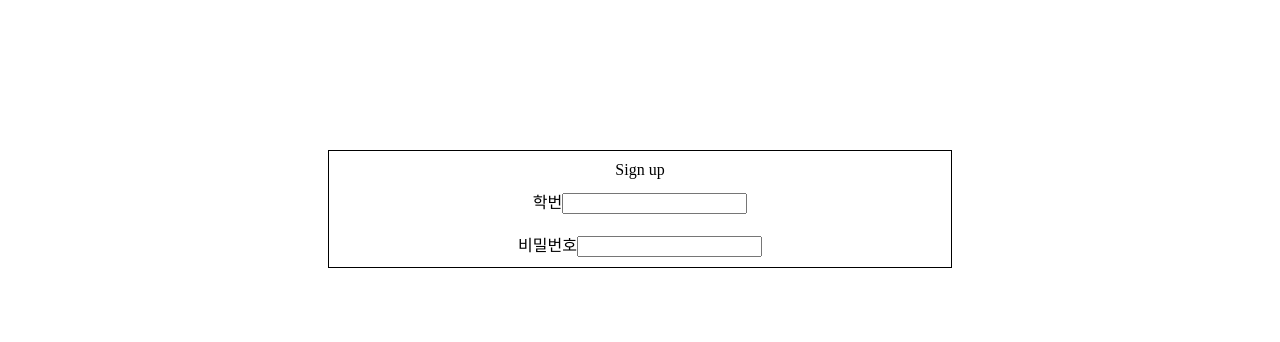
Repository: smandkd/Multicampus_Frontend
Page: http://localhost/Mulcam_Project/jsp/signup.jsp
These files come from the project's save history. The page is drawn as it stood at one moment and after the next save; the edit follows.
The browser window is 1280 px wide. The pictures show the whole page.
The page is served by Tomcat 9.

Above is the page before, as saved 2022-01-30 02:06:27.

### Mulcam_Project/jsp/signup.jsp
<%@ page contentType="text/html; charset=utf-8"
    pageEncoding="EUC-KR"%>
<!DOCTYPE html>
<html>
<head>
<meta name="viewport" content="width=device-width, initial-scale=1.0">
<style type="text/css">
.a {
	text-align:center;
	margin-right:320px;
	margin-left:320px;
	margin-top:150px;
	padding-top:10px;
	border:1px solid;
}
.b {
	margin-top:10px;
}
.c {
	margin-bottom:10px;
}
</style>
</head>
<body>

<div class="a">
	Sign up
	<div>
		<div class="b">
		학번<input type="text"/>
		</div>
		<br/>
		<div class="c">
		비밀번호<input type="text"/>
		</div>
	</div>
</div>
</body>
</html>

After the next save:
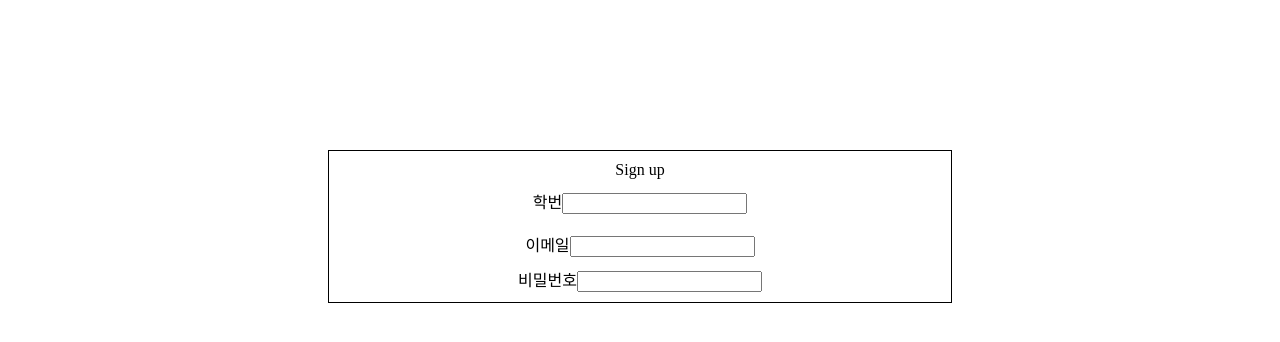
Saved 48 s later.
--- a/Mulcam_Project/jsp/signup.jsp
+++ b/Mulcam_Project/jsp/signup.jsp
@@ -31,6 +31,9 @@
 		</div>
 		<br/>
 		<div class="c">
+		이메일<input type="text"/>
+		</div>
+		<div class="c">
 		비밀번호<input type="text"/>
 		</div>
 	</div>
